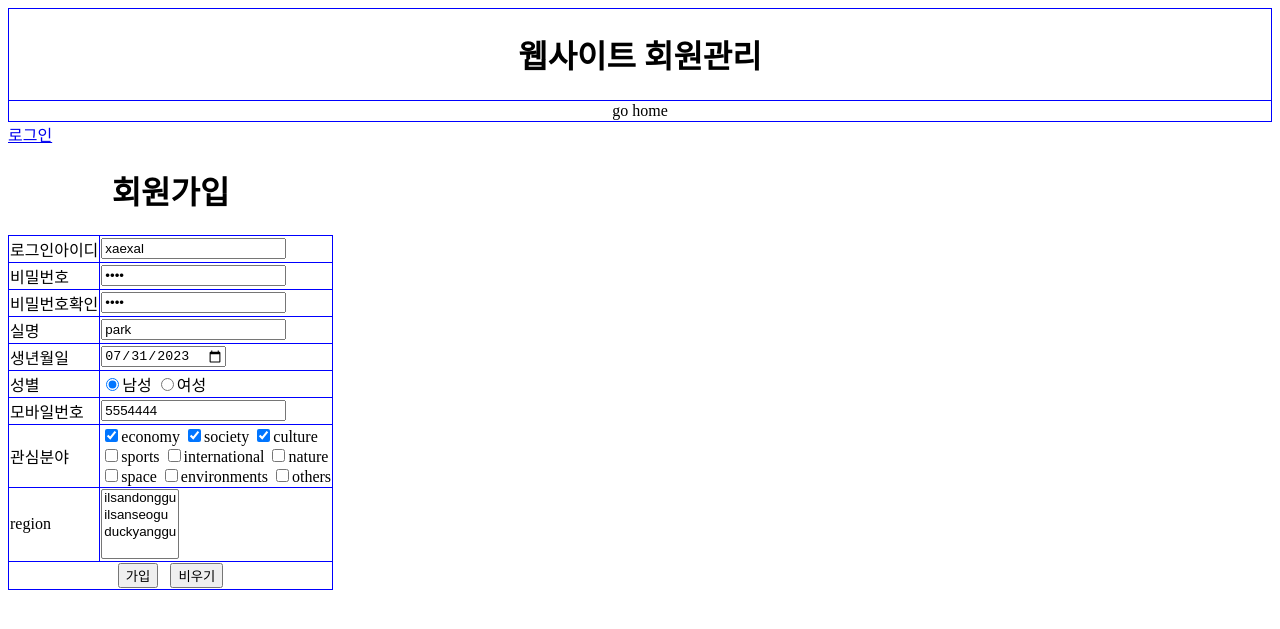
Repository: Sleepingco/HimediaJava
Page: http://localhost/HelloWorld/WEB-INF/views/member/signup.jsp
These files come from the project's save history. The page is drawn as it stood at one moment and after the next save; the edit follows.
The browser window is 1280 px wide. The pictures show the whole page.
The page is served by Tomcat 10. Nobody is signed in. Other server files are loaded and not shown. The template is opened directly, without the code that normally fills it, so the values that code supplies are empty.

Above is the page before, as saved 2023-07-31 08:18:45.

### HelloWorld/src/main/webapp/WEB-INF/views/member/signup.jsp
<%@ page language="java" contentType="text/html; charset=UTF-8"
    pageEncoding="UTF-8"%>
<!DOCTYPE html>
<html>
<head>
<meta charset="UTF-8">
<title>회원가입</title>
</head>
<%@ include file="header.jsp" %>
<form id=frmMember method=post action=signup> <!-- action은 실행시 뒤에 써줄 url을 써주면됨 -->
<table>
<caption><h1>회원가입</h1></caption>
<tbody>
<tr><td>로그인아이디</td><td><input type=text name=userid id='userid' value="xaexal"></td></tr>
<tr><td>비밀번호</td><td><input type=password name=passcode1 id='passcode1'value="1234"></td></tr>
<tr><td>비밀번호확인</td><td><input type=password id='passcode2'value="1234"></td></tr>
<tr><td>실명</td><td><input type=text name=name id='name'value="park"></td></tr>
<tr><td>생년월일</td><td><input type=date name=birthday id='birthday'value="2023-07-31"></td></tr>
<tr><td>성별</td><td><input type=radio name=gender id='male' value=male checked>남성
					<input type=radio name=gender id='female' value=female>여성</td></tr>
<tr><td>모바일번호</td><td><input type=text name=mobile id='mobile'value="5554444"></td></tr>
<tr><td>관심분야</td>
	<td><input type=checkbox name=interest value='economy' checked>economy
		<input type=checkbox name=interest value='society' checked>society
		<input type=checkbox name=interest value='culture' checked>culture<br>
		<input type=checkbox name=interest value='sports'>sports
		<input type=checkbox name=interest value='international'>international
		<input type=checkbox name=interest value='nature'>nature<br>
		<input type=checkbox name=interest value='space'>space
		<input type=checkbox name=interest value='environments'>environments
		<input type=checkbox name=interest value='others'>others
	</td>
</tr>
<tr><td>region</td>
	<td><select name=region size=4 multiple>
		<option value="ilsandonggu">ilsandonggu</option>
		<option value="ilsanseogu">ilsanseogu</option>
		<option value="duckyangu">duckyanggu</option>
	</select>
<tr><td colspan=2 align=center>
	<input type=submit id=btnSubmit value='가입'> &nbsp;
	<%-- 정보가 request로 넘어감 받을때도 getrequest로 씀 request.setAttribute("adress","ILSAN"); 이렇게 보낼수도 있음--%>
	<input type=reset id=btnReset value='비우기'></td></tr>
	<a href="/login">로그인</a>
</tbody>
</table>
</form>
</body>
<script src="https://code.jquery.com/jquery-latest.js"></script>
<script>
$(document)
.on('click','#btnSubmit',function(){
	if($('#userid').val()==''||$('#userid').val()==null){
		alert("id값이 입력되지 않음");
		return false;
	}
	if($('#passcode1').val()==''||$('#passcode1').val()==null){
		alert("비번값이 입력되지 않음");
		return false;
	}
	if($('#passcode2').val()==''||$('#passcode2').val()==null){
		alert("비번확인값이 입력되지 않음");
		return false;
	}
	if($('#passcode2').val()!=$('#passcode1').val()){
		alert("비번과 비번확인값이 다름");
		return false;
	}
	if($('#name').val()==''||$('#name').val()==null){
		alert("이름이 입력되지 않음");
		return false;
	}
	if($('#birthday').val()==''||$('#birthday').val()==null){
		alert("생일이 입력되지 않음");
		return false;
	}
	if (!$("#male").is(':checked') && !$("#female").is(':checked')) {
	    alert('성별을 입력하세요');
	     return false;
	 }
	if($('#mobile').val()==''||$('#mobile').val()==null){
		alert("전번값이 입력되지 않음");
		return false;
	}
	/* if($('#interest:selected').length<1){
		return false;
	}  */
	return true;
})
</script>

</html>

### HelloWorld/src/main/webapp/WEB-INF/views/member/header.jsp
<%@ page language="java" contentType="text/html; charset=UTF-8"
    pageEncoding="UTF-8"%>
<style>
table{
	border-collapse:collapse
}
td {
	border:1px solid blue
}
</style>
<body>
<table style='width:100%'>
<tr>
	<td align=center><h1>웹사이트 회원관리</h1></td>
</tr>
<tr>
	<td align=center> go home</td>
</tr>
</table>

After the next save:
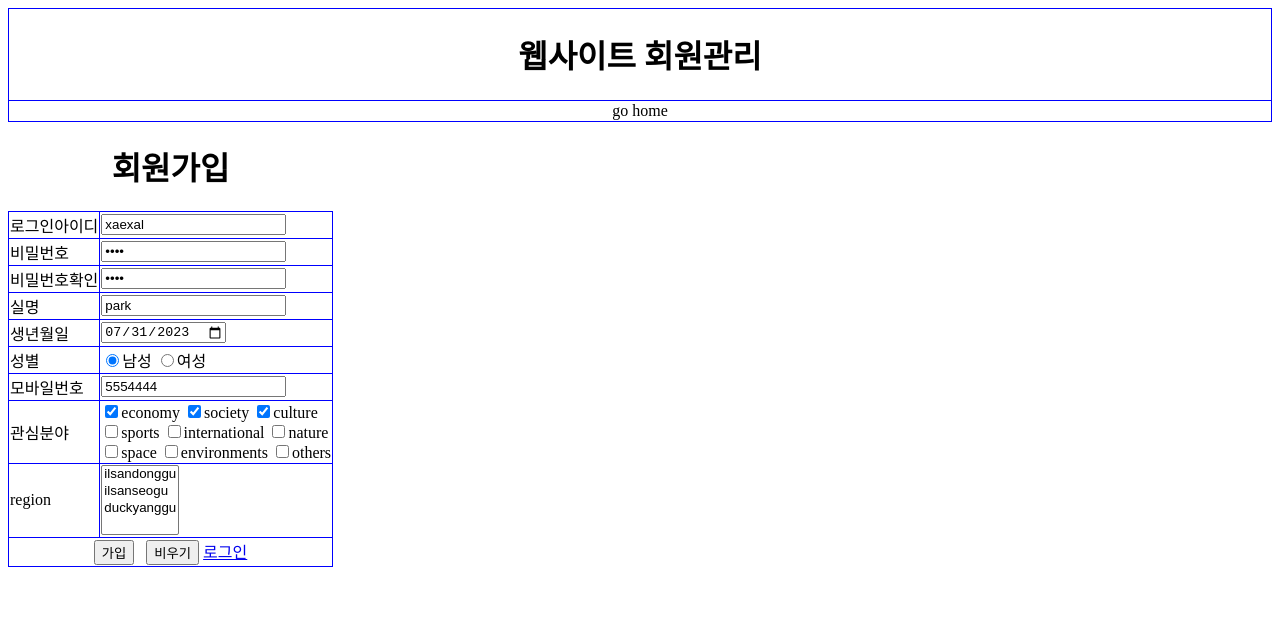
Saved 34 s later.
--- a/HelloWorld/src/main/webapp/WEB-INF/views/member/signup.jsp
+++ b/HelloWorld/src/main/webapp/WEB-INF/views/member/signup.jsp
@@ -40,8 +40,9 @@
 <tr><td colspan=2 align=center>
 	<input type=submit id=btnSubmit value='가입'> &nbsp;
 	<%-- 정보가 request로 넘어감 받을때도 getrequest로 씀 request.setAttribute("adress","ILSAN"); 이렇게 보낼수도 있음--%>
-	<input type=reset id=btnReset value='비우기'></td></tr>
+	<input type=reset id=btnReset value='비우기'>
 	<a href="/login">로그인</a>
+</td></tr>
 </tbody>
 </table>
 </form>
